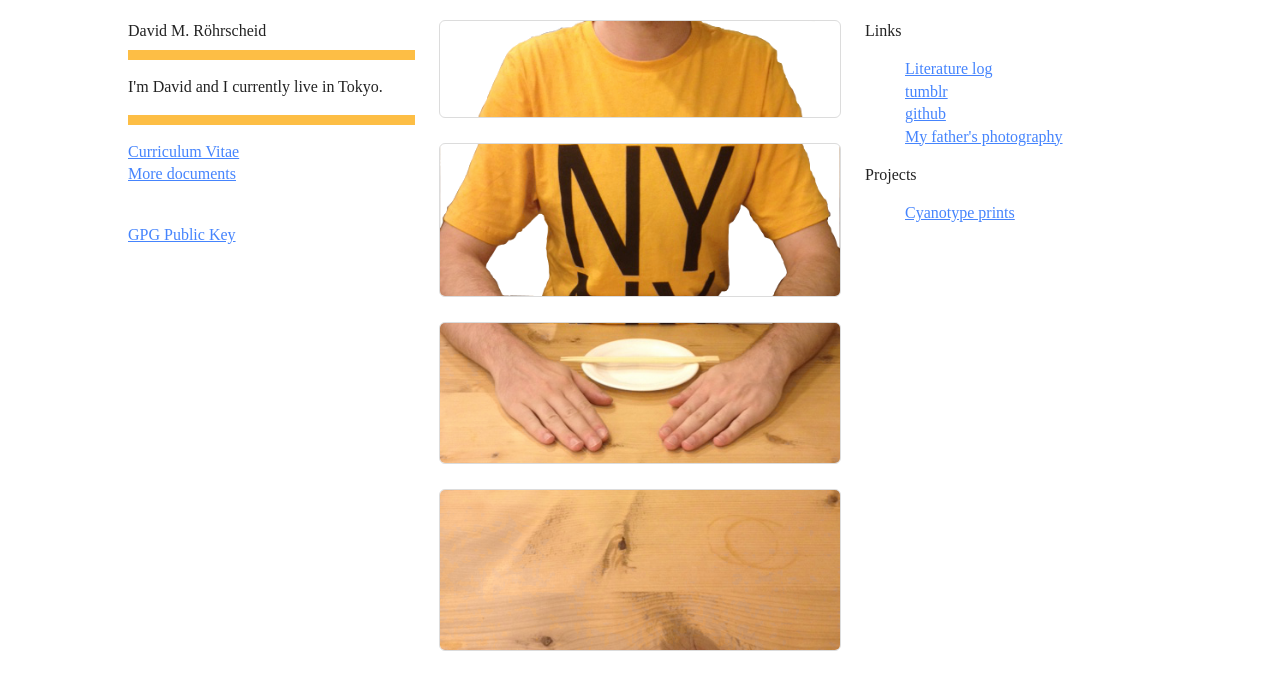
Repository: mrdavid/mrdavid.github.io
Page: index.html
The author's editor kept a record of every edit. The page is drawn from the files as they stood at one moment, then again after the next edit.
The browser window is 1280 px wide. The pictures show the whole page.
Some web fonts or font styles are not loaded; a fallback is used. Some web libraries are served in a nearby version.

Above is the page before.

### index.html
<!DOCTYPE html>
<!--[if lt IE 7]>      <html class="no-js lt-ie9 lt-ie8 lt-ie7"> <![endif]-->
<!--[if IE 7]>         <html class="no-js lt-ie9 lt-ie8"> <![endif]-->
<!--[if IE 8]>         <html class="no-js lt-ie9"> <![endif]-->
<!--[if gt IE 8]><!--> <html class="no-js"> <!--<![endif]-->
    <head>
        <meta charset="utf-8">
        <meta http-equiv="X-UA-Compatible" content="IE=edge">
        <title>davidr.co - David M. Röhrscheid</title>
        <meta name="description" content="">
        <meta name="viewport" content="width=device-width, initial-scale=1">

        <!-- Place favicon.ico and apple-touch-icon.png in the root directory -->

        <link rel="stylesheet" href="css/normalize.css">
        <link rel="stylesheet" href="css/main.css">
        <!-- Google Web fonts -->
         <link rel="stylesheet" type="text/css" href="http://fonts.googleapis.com/css?family=Quattrocento">
        <script src="js/vendor/modernizr-2.6.2.min.js"></script>
    </head>
    <body>
        <!--[if lt IE 7]>
            <p class="browsehappy">You are using an <strong>outdated</strong> browser. Please <a href="http://browsehappy.com/">upgrade your browser</a> to improve your experience.</p>
        <![endif]-->

        <!-- BEGIN content -->
        <div class="container">
            <div class="col-left">
                David M. R&ouml;hrscheid
                <hr />
                <p>
                I'm David and I currently live in Tokyo.
                </p>
                <hr />
                <p>
                 <a href="http://dl.dropboxusercontent.com/u/1297172/share/2013_CV.pdf">Curriculum Vitae</a> <!-- (<a href="more.html">more...</a>) -->
                 <!-- <br /> <a href="http://dl.dropboxusercontent.com/u/1297172/share/2013_CV.pdf">English</a><!-- &middot; <a href="http://dl.dropboxusercontent.com/u/1297172/2012CV_Nihongo.pdf">日本語</a>. -->
                 <br />
                 <a href="more.html">More documents</a><br>
                 <br />
                </p>
                <p>
                    <a href="http://dl.dropboxusercontent.com/u/1297172/share/gpgpublickey.asc">GPG Public Key</a>
                </p>
            </div>
            <div class="col-center">
                <img class="illustration" src="img/00.png">
                <img class="illustration" src="img/01.png">
                <img class="illustration mobile" src="img/02.png">
                <img class="illustration" src="img/03.png">
            </div>
            <div class="col-right">
                Links
                <ul class="external-links">
                    <li><a href="reading.html">Literature log</a></li>
                    <li><a href="http://tumblr.davidr.co/">tumblr</a></li>
                    <li><a href="https://github.com/mrdavid/">github</a></li>
                    <li><a href="http://www.roehrscheid-fotografie.de/">My father's photography</a></li>
                </ul>
                Projects
                <ul class="external-links">
                    <li><a href="projects/cyanotype.html">Cyanotype prints</a></li>
                </ul>
            </div>
        </div>

        <!-- END content -->
        <script src="//ajax.googleapis.com/ajax/libs/jquery/1.10.2/jquery.min.js"></script>
        <script>window.jQuery || document.write('<script src="js/vendor/jquery-1.10.2.min.js"><\/script>')</script>
        <script src="js/plugins.js"></script>
        <script src="js/main.js"></script>

        <!-- Google Analytics. -->
        <script>
            (function(i,s,o,g,r,a,m){i['GoogleAnalyticsObject']=r;i[r]=i[r]||function(){
                (i[r].q=i[r].q||[]).push(arguments)},i[r].l=1*new Date();a=s.createElement(o),
                m=s.getElementsByTagName(o)[0];a.async=1;a.src=g;m.parentNode.insertBefore(a,m)
            })(window,document,'script','//www.google-analytics.com/analytics.js','ga');

            ga('create', 'UA-44280541-1', 'davidr.co');
            ga('send', 'pageview');

        </script>
    </body>
</html>

### css/main.css
/*! HTML5 Boilerplate v4.3.0 | MIT License | http://h5bp.com/ */

/*
 * What follows is the result of much research on cross-browser styling.
 * Credit left inline and big thanks to Nicolas Gallagher, Jonathan Neal,
 * Kroc Camen, and the H5BP dev community and team.
 */

/* ==========================================================================
   Base styles: opinionated defaults
   ========================================================================== */

html,
button,
input,
select,
textarea {
    color: #222;
}

html {
    font-size: 1em;
    font-weight: 500;
    font-family: "Quattrocento";
    line-height: 1.4;
}

/*
 * Remove text-shadow in selection highlight: h5bp.com/i
 * These selection rule sets have to be separate.
 * Customize the background color to match your design.
 */

::-moz-selection {
    background: #fed077;
    text-shadow: none;
}

::selection {
    background: #fed077;
    text-shadow: none;
}

/*
 * A better looking default horizontal rule
 */

/*
hr {
    display: block;
    height: 1px;
    border: 0;
    border-top: 1px solid #ccc;
    margin: 1em 0;
    padding: 0;
} */

/*
 * Remove the gap between images, videos, audio and canvas and the bottom of
 * their containers: h5bp.com/i/440
 */

audio,
canvas,
img,
video {
    vertical-align: middle;
}

/*
 * Remove default fieldset styles.
 */

fieldset {
    border: 0;
    margin: 0;
    padding: 0;
}

/*
 * Allow only vertical resizing of textareas.
 */

textarea {
    resize: vertical;
}

/* ==========================================================================
   Browse Happy prompt
   ========================================================================== */

.browsehappy {
    margin: 0.2em 0;
    background: #ccc;
    color: #000;
    padding: 0.2em 0;
}

/* ==========================================================================
   Author's custom styles
   ========================================================================== */

hr {
    display: block;
    width: 100%;
    height: 10px;
    color: #fdbe45;
    border: 0px;
    background-color: #fdbe45;
}

/*
.illustration:hover{
    height: 123px;
}
*/

a {
    color: #4584fd;
}

a:visited{
    color: #fd4584;
}

.illustration{
  display: block;
  margin-left: auto;
  margin-right: auto;
  border: 1px solid #dcdcdc;
  border-radius: 6px;

/*
  transition: all 1s;
  -webkit-transition: all 1s;
  -moz-transition: all 1s;
  -o-transition: all 1s;
  */

  margin-bottom: 25px;
  width: 400px;
}

ul.external-links{
    list-style-type: none;
}

@media (min-width: 1024px) {
    .col-left, .col-right{
        float: left;
        width: 287px;
        margin: 0;
        border: 0;
        padding:0;
    }

    .col-center{
        float: left;
        width: 450px;
        margin: 0;
        border: 0;
        padding:0;
    }

    .container{
        margin-top: 20px;
        width: 1024px;
        margin-left: auto;
        margin-right: auto;
    }
    .container:after {
      content: "";
      display: table;
      clear: both;
    }
}

@media (max-width: 1024px){
    .illustration{
        display: none;
    }

    img.always{
        display: block;
        margin-bottom: 5px;
    }

    .container{
        margin: 10px;
    }
}

/* ==========================================================================
   Helper classes
   ========================================================================== */

/*
 * Image replacement
 */

.ir {
    background-color: transparent;
    border: 0;
    overflow: hidden;
    /* IE 6/7 fallback */
    *text-indent: -9999px;
}

.ir:before {
    content: "";
    display: block;
    width: 0;
    height: 150%;
}

/*
 * Hide from both screenreaders and browsers: h5bp.com/u
 */

.hidden {
    display: none !important;
    visibility: hidden;
}

/*
 * Hide only visually, but have it available for screenreaders: h5bp.com/v
 */

.visuallyhidden {
    border: 0;
    clip: rect(0 0 0 0);
    height: 1px;
    margin: -1px;
    overflow: hidden;
    padding: 0;
    position: absolute;
    width: 1px;
}

/*
 * Extends the .visuallyhidden class to allow the element to be focusable
 * when navigated to via the keyboard: h5bp.com/p
 */

.visuallyhidden.focusable:active,
.visuallyhidden.focusable:focus {
    clip: auto;
    height: auto;
    margin: 0;
    overflow: visible;
    position: static;
    width: auto;
}

/*
 * Hide visually and from screenreaders, but maintain layout
 */

.invisible {
    visibility: hidden;
}

/*
 * Clearfix: contain floats
 *
 * For modern browsers
 * 1. The space content is one way to avoid an Opera bug when the
 *    `contenteditable` attribute is included anywhere else in the document.
 *    Otherwise it causes space to appear at the top and bottom of elements
 *    that receive the `clearfix` class.
 * 2. The use of `table` rather than `block` is only necessary if using
 *    `:before` to contain the top-margins of child elements.
 */

.clearfix:before,
.clearfix:after {
    content: " "; /* 1 */
    display: table; /* 2 */
}

.clearfix:after {
    clear: both;
}

/*
 * For IE 6/7 only
 * Include this rule to trigger hasLayout and contain floats.
 */

.clearfix {
    *zoom: 1;
}

/* ==========================================================================
   EXAMPLE Media Queries for Responsive Design.
   These examples override the primary ('mobile first') styles.
   Modify as content requires.
   ========================================================================== */

@media only screen and (min-width: 35em) {
    /* Style adjustments for viewports that meet the condition */
}

@media print,
       (-o-min-device-pixel-ratio: 5/4),
       (-webkit-min-device-pixel-ratio: 1.25),
       (min-resolution: 120dpi) {
    /* Style adjustments for high resolution devices */
}

/* ==========================================================================
   Print styles.
   Inlined to avoid required HTTP connection: h5bp.com/r
   ========================================================================== */

@media print {
    * {
        background: transparent !important;
        color: #000 !important; /* Black prints faster: h5bp.com/s */
        box-shadow: none !important;
        text-shadow: none !important;
    }

    a,
    a:visited {
        text-decoration: underline;
    }

    a[href]:after {
        content: " (" attr(href) ")";
    }

    abbr[title]:after {
        content: " (" attr(title) ")";
    }

    /*
     * Don't show links for images, or javascript/internal links
     */

    .ir a:after,
    a[href^="javascript:"]:after,
    a[href^="#"]:after {
        content: "";
    }

    pre,
    blockquote {
        border: 1px solid #999;
        page-break-inside: avoid;
    }

    thead {
        display: table-header-group; /* h5bp.com/t */
    }

    tr,
    img {
        page-break-inside: avoid;
    }

    img {
        max-width: 100% !important;
    }

    @page {
        margin: 0.5cm;
    }

    p,
    h2,
    h3 {
        orphans: 3;
        widows: 3;
    }

    h2,
    h3 {
        page-break-after: avoid;
    }
}

### js/plugins.js
// Avoid `console` errors in browsers that lack a console.
(function() {
    var method;
    var noop = function () {};
    var methods = [
        'assert', 'clear', 'count', 'debug', 'dir', 'dirxml', 'error',
        'exception', 'group', 'groupCollapsed', 'groupEnd', 'info', 'log',
        'markTimeline', 'profile', 'profileEnd', 'table', 'time', 'timeEnd',
        'timeStamp', 'trace', 'warn'
    ];
    var length = methods.length;
    var console = (window.console = window.console || {});

    while (length--) {
        method = methods[length];

        // Only stub undefined methods.
        if (!console[method]) {
            console[method] = noop;
        }
    }
}());

// Place any jQuery/helper plugins in here.

Loaded but not shown: css/normalize.css (library); js/vendor/modernizr-2.6.2.min.js (library); js/main.js (common file)

After the next edit:
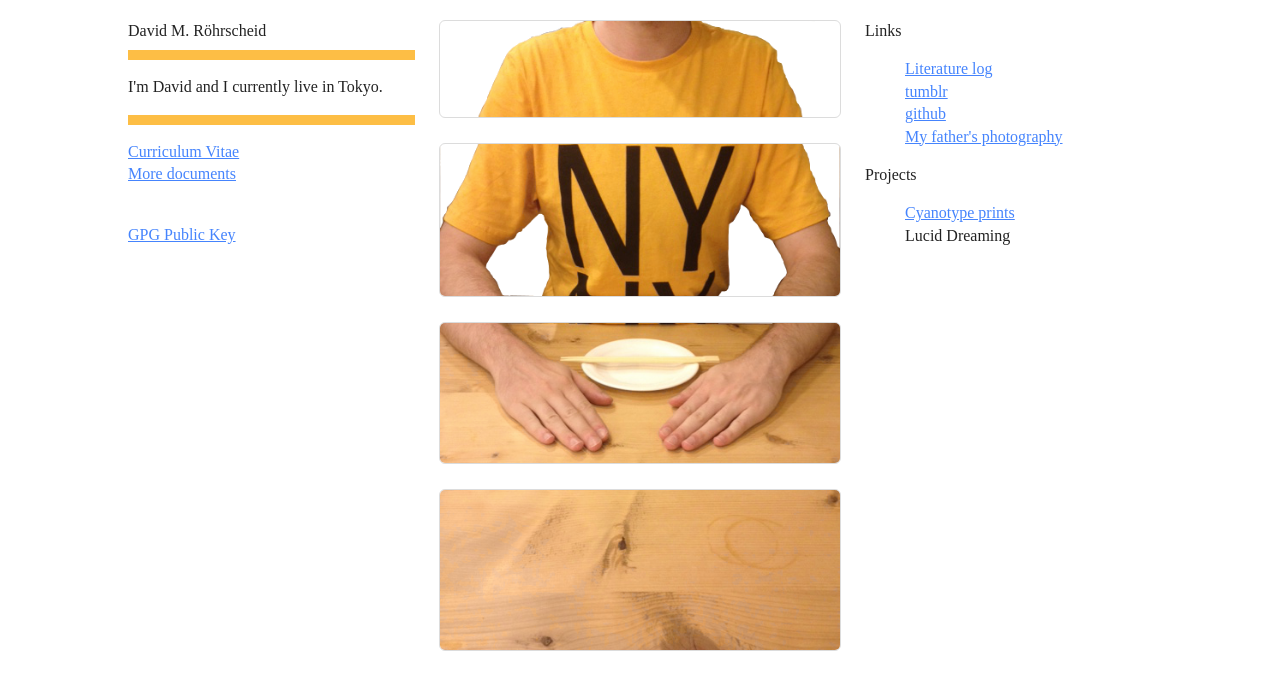
The edit:
--- a/index.html
+++ b/index.html
@@ -60,6 +60,8 @@
                 Projects
                 <ul class="external-links">
                     <li><a href="projects/cyanotype.html">Cyanotype prints</a></li>
+                    <li>Lucid Dreaming</li>
+                    <!-- <li>数据分析</li> -->
                 </ul>
             </div>
         </div>
